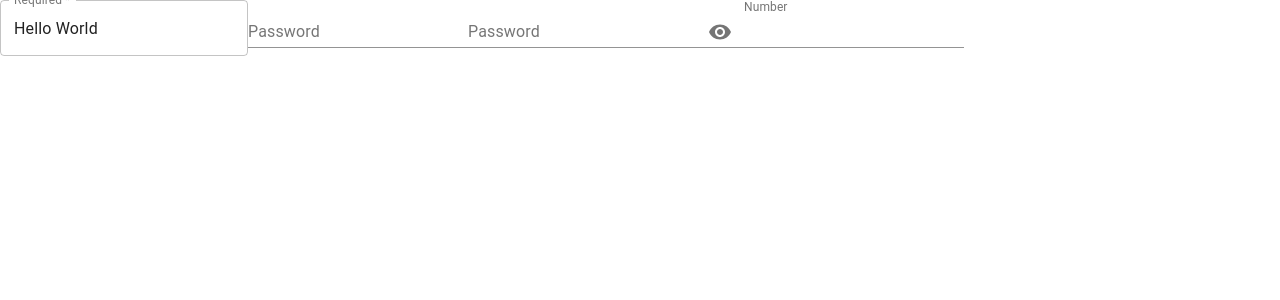
Repository: 0101chaitanya/html-forms
Page: /
An editor plug-in stored every save of this project. The page is shown before and after the next save, followed by the edit.
The browser window is 1280 px wide. The pictures show the whole page.
The project was rebuilt for these pictures with package versions that can differ from the ones it lists, and the page was loaded fresh each time. Also part of the build but not shown: src/App.css.

Above is the page before, as saved 2021-08-14 13:57:49.

After the next save:
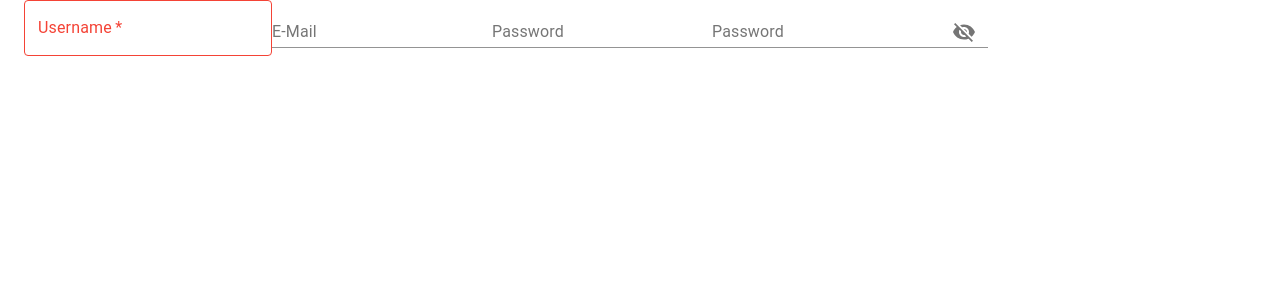
Saved 38 min 0 s later.
--- a/src/components/Form.js
+++ b/src/components/Form.js
@@ -5,12 +5,20 @@ import {
   InputLabel,
   Input,
   IconButton,
+  makeStyles,
+  Container,
 } from "@material-ui/core";
-import { Visibility, VisibilityOff } from "@material-ui/icons";
+import { MailOutlineIcon, Visibility, VisibilityOff } from "@material-ui/icons";
+import { createStore } from "redux";
+const useStyles = makeStyles({
+  field: {
+    marginTop: 20,
+    marginBottom: 20,
+    display: "block",
+  },
+});
 
-import { createStore } from "redux";
-
-function counterReducer(state = { value: 0 }, action) {
+function counterReducer(state = {}, action) {
   switch (action.type) {
     case "counter/incremented":
       return {
@@ -23,65 +31,103 @@ function counterReducer(state = { value: 0 }, action) {
   }
 }
 
-/* const useStyles = makeStyles({
-  root: {},
-});
- */ let store = createStore(counterReducer);
+let store = createStore(counterReducer);
 store.subscribe(() => console.log(store.getState()));
+const myState = store.getState();
 const Form = (props) => {
-  //  const classes = useStyles();
+  const classes = useStyles();
+
   return (
-    <div>
+    <Container size="sm">
       <form
-        //className={classes.root}
         noValidate
         autoComplete="off"
+        onSubmit={() => {
+          store.dispatchEvent({ type: "SUBMIT" });
+        }}
       >
         <TextField
-          id="outlined-basic"
-          label="Required"
+          id="UserName"
+          label="Username"
           required
           variant="outlined"
-          defaultValue="Hello World"
+          onChange={(e) => {
+            const { id, value } = e.target;
+            store.dispatchEvent({
+              type: "UPDATE",
+              payload: { [id]: value },
+            });
+          }}
+          error={!myState.userName}
         />
         <TextField
-          id="standard-password-input"
+          id="email"
+          label="E-Mail"
+          type="email"
+          autoComplete="current-password"
+          onChange={(e) => {
+            const { id, value } = e.target;
+            store.dispatchEvent({
+              type: "UPDATE",
+              payload: { [id]: value },
+            });
+          }}
+        />
+
+        <TextField
+          id="password"
           label="Password"
           type="password"
           autoComplete="current-password"
+          onChange={(e) => {
+            const { id, value } = e.target;
+            store.dispatchEvent({
+              type: "UPDATE",
+              payload: { [id]: value },
+            });
+          }}
         />
-        <FormControl className="">
-          <InputLabel htmlFor="standard-adornment-password">
-            Password
-          </InputLabel>
+        <FormControl className="PasswordControl">
+          <InputLabel htmlFor="password">Password</InputLabel>
           <Input
-            id="standard-adornment-password"
-            //type={values.showPassword ? "text" : "password"}
-            //value={values.password}
-            //onChange=""
+            id="password"
+            type={myState.showPassword ? "text" : "password"}
+            value={myState.password}
+            onChange={(e) => {
+              const { id, value } = e.target;
+              store.dispatchEvent({
+                type: "UPDATE",
+                payload: { [id]: value },
+              });
+            }}
             endAdornment={
               <InputAdornment position="end">
                 <IconButton
+                  id="showPassword"
                   aria-label="toggle password visibility"
-                  //onClick={handleClickShowPassword}
-                  //onMouseDown={handleMouseDownPassword}
+                  onClick={(e) => {
+                    const { id, value } = e.target;
+                    store.dispatchEvent({
+                      type: "UPDATE",
+                      payload: { [id]: value },
+                    });
+                  }}
+                  onMouseDown={(e) => {
+                    const { id, value } = e.target;
+                    store.dispatchEvent({
+                      type: "UPDATE",
+                      payload: { [id]: value },
+                    });
+                  }}
                 >
-                  {true ? <Visibility /> : <VisibilityOff />}
+                  {myState.showPassword ? <Visibility /> : <VisibilityOff />}
                 </IconButton>
               </InputAdornment>
             }
           />
         </FormControl>
-        <TextField
-          id="standard-number"
-          label="Number"
-          type="number"
-          InputLabelProps={{
-            shrink: true,
-          }}
-        />
       </form>
-    </div>
+    </Container>
   );
 };
 export default Form;
